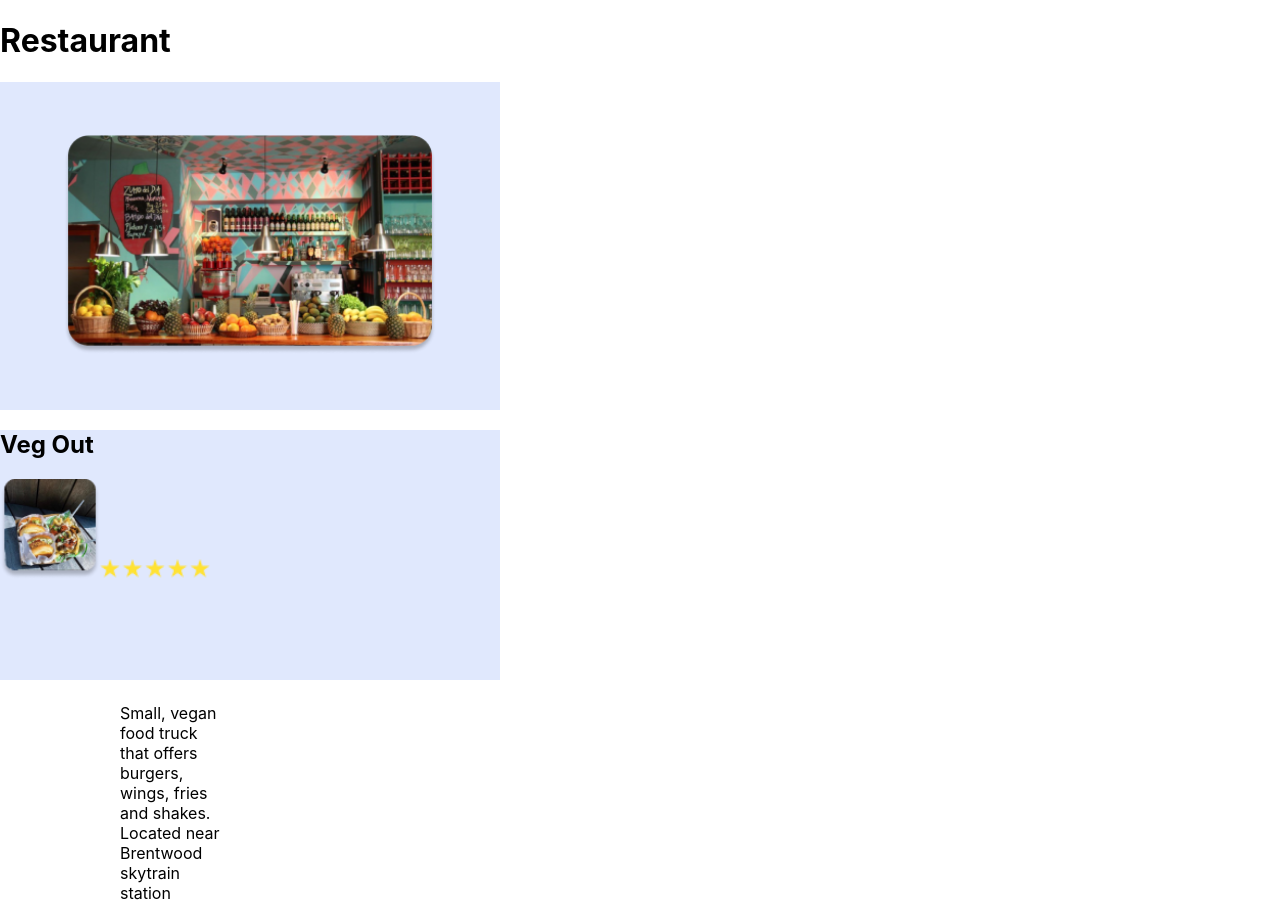
Repository: Kinakopan/design_mindfulEating_site
Page: /restaurant (app in firstapp/)
An editor plug-in stored every save of this project. The page is shown before and after the next save, followed by the edit.
The browser window is 1280 px wide. The pictures show the whole page.
The project was rebuilt for these pictures with package versions that can differ from the ones it lists, and the page was loaded fresh each time. The framework's server and built-in components were replaced by stand-ins that run in the browser. Also part of the build but not shown: firstapp/next.config.js.

Above is the page before, as saved 2022-04-20 16:51:22.

### firstapp/pages/restaurant.js
import ImgCard from "../comps/ImgCard";
import RestaurantCard from "../comps/RestaurantCard";
import ReCont from "../comps/RestaurantCard";
import ReImg from "../comps/RestaurantCard";
import Starts from "../comps/RestaurantCard";
import Button from "../comps/RestaurantCard";


export default function Restaurant(){

    return (
    <div>
        <h1>Restaurant</h1>

        <ImgCard
        img="/restaurant.png"
        bg="#E0E8FD"/>


    <main>
        <RestaurantCard>
        </RestaurantCard>
        <br></br>




    </main>
    </div>

    )
}

### firstapp/comps/ImgCard.js
import { Children } from 'react';
import styled from 'styled-components';

const CardCont = styled.div`
    background-color: ${props=>props.cl};
    color: ${props=>props.text_cl};
    min-width: 375px;
    max-width: 500px;
    padding: 1em 3em 1em 3em;
    border-radius: ${props=>props.border_radius}
`;

const DispImage = styled.img`
    width: 100%;
    padding: 1em;
`;

const List = styled.div`
    text-align: right;
`;

export default function ImgCard({
    img="/food1.png",
    bg="#E0E8FD",
    tcl="#08213E",
    title="",
    txt="",
    bor="",
    n1,n2,n3,n4="",
    Children=null

}){

    return <CardCont cl={bg} text_cl={tcl} border_radius={bor}>
        <h1>{title}</h1>
        <DispImage src={img}/>
        <List>
            <h2>{n1}</h2>
            <h2>{n2}</h2>
            <h2>{n3}</h2>
            <h2>{n4}</h2>
        </List>
        <p>{txt}</p>
        {Children}

    </CardCont>
}

### firstapp/comps/RestaurantCard.js

import styled from 'styled-components';


const ReCont = styled.div`
background-color:${props=>props.cl};
width:500px;
align-items: center;
height: 250px;
left: 1px;
top: 433px;
`
;

const ReImg = styled.img`
width:100px;
padding: 1 1 auto auto;
`;


const Text = styled.p`
font-size: 16px;
text-align: left;
width:100px;
margin: 120px;


`
;


const ResItem = styled.div`
text-align: justify;
`
;

const Title = styled.h2`

`
;

const Button = styled.img`
background-color:"red";
height:20px;
`


export default function RestaurantCard({
    img="/veg out.png",
    bg="#E0E8FD",
    h2="Veg Out",
    txt="Small, vegan food truck that offers burgers, wings, fries and shakes. Located near Brentwood skytrain station",


}){

    return <ReCont
    cl={bg} txt={txt}>
    <Title>{h2}</Title>

    <ResItem>

        <ReImg src={img}></ReImg>
        <Button img src="/start rating.png"></Button>
        <Text>{txt}</Text>


    </ResItem>

    </ReCont>
}


//export default function RestaurantCard(){
    //return(
   //     <img src="/veg out.png" />
   // )

//}

Loaded but not shown: firstapp/pages/_app.js (common file); firstapp/styles/globals.css (common file)

After the next save:
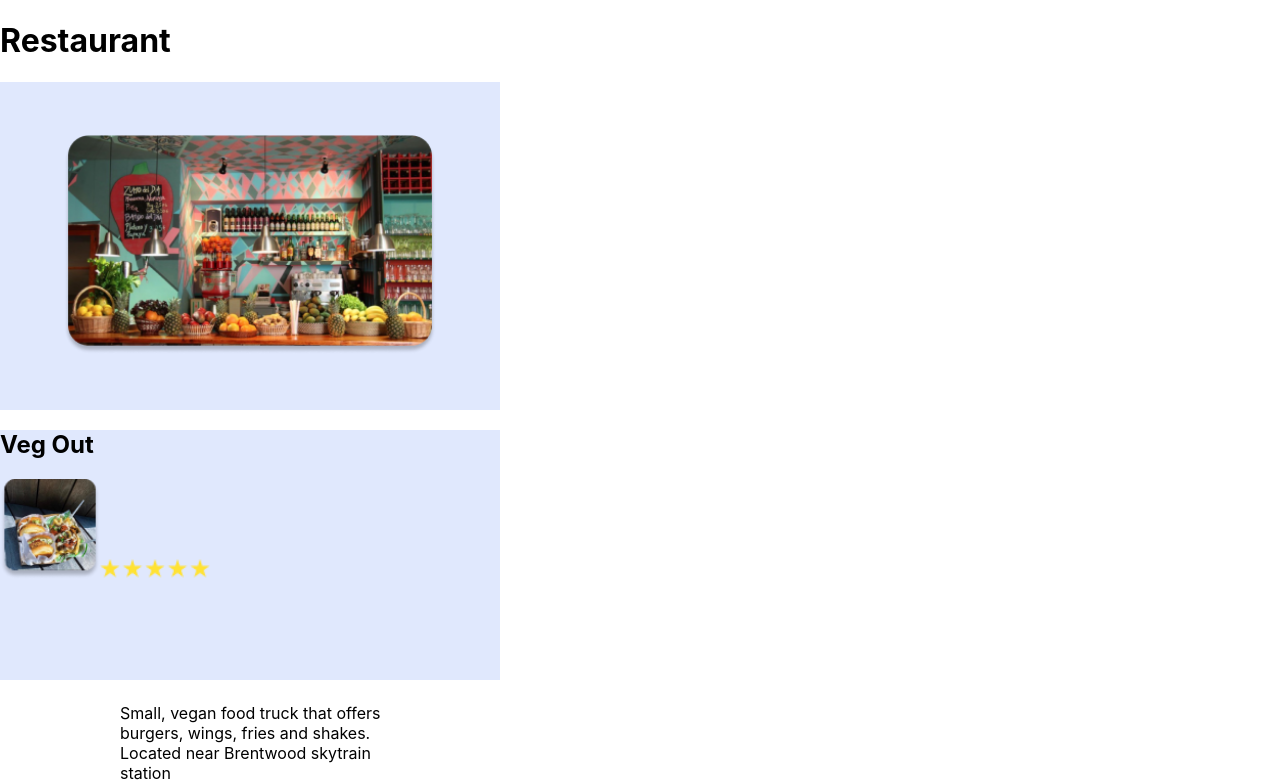
Saved 18 s later.
--- a/firstapp/comps/RestaurantCard.js
+++ b/firstapp/comps/RestaurantCard.js
@@ -21,7 +21,7 @@ padding: 1 1 auto auto;
 const Text = styled.p`
 font-size: 16px;
 text-align: left;
-width:100px;
+width:300px;
 margin: 120px;
 
 
